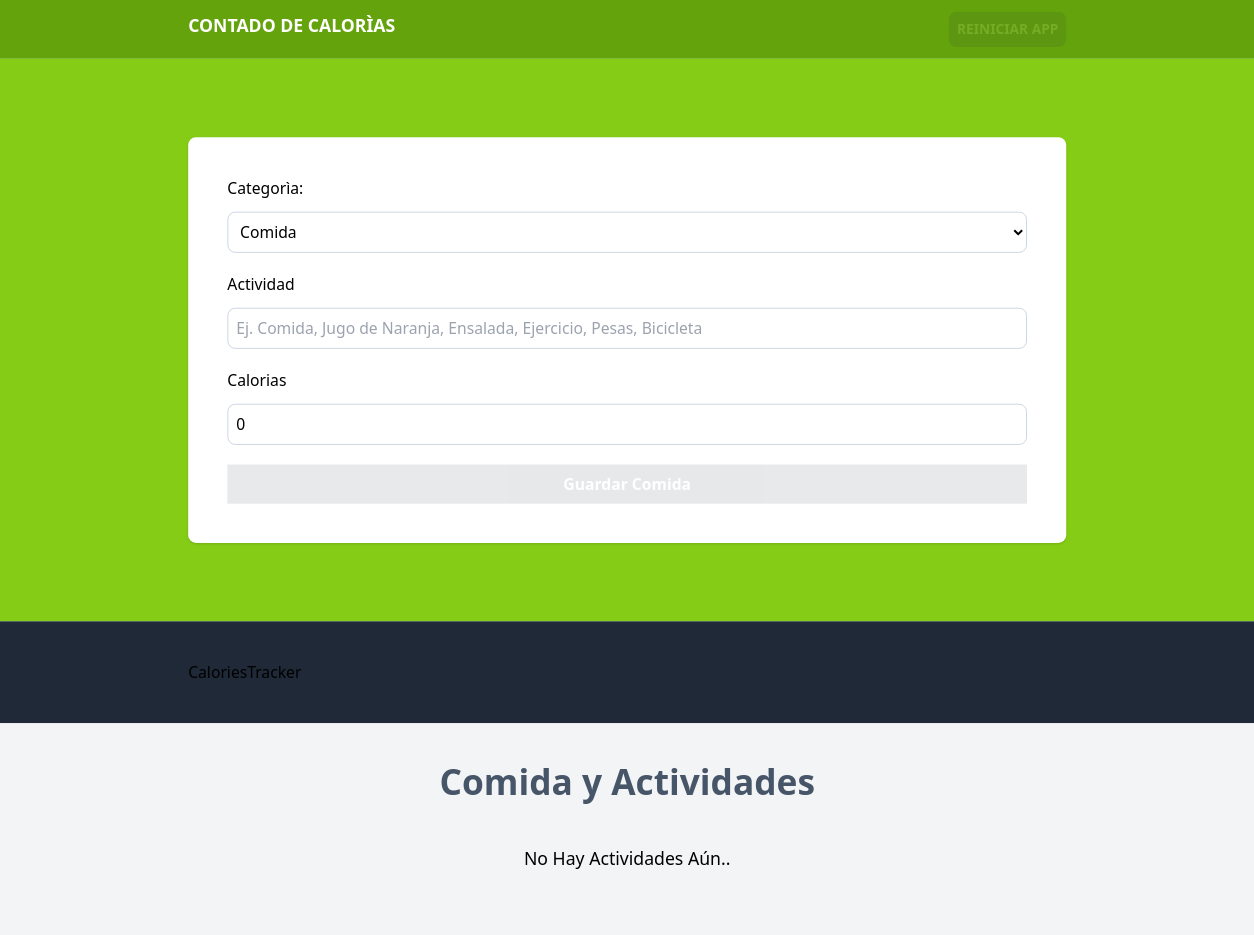
Repository: Matiiu/calorie-tracker
Page: /
An editor plug-in stored every save of this project. The page is shown before and after the next save, followed by the edit.
The browser window is 1280 px wide. The pictures show the whole page, at 98% of full size.
The project was rebuilt for these pictures with package versions that can differ from the ones it lists, and the page was loaded fresh each time. Also part of the build but not shown: vite.config.ts.

Above is the page before, as saved 2024-04-01 22:21:40.

After the next save:
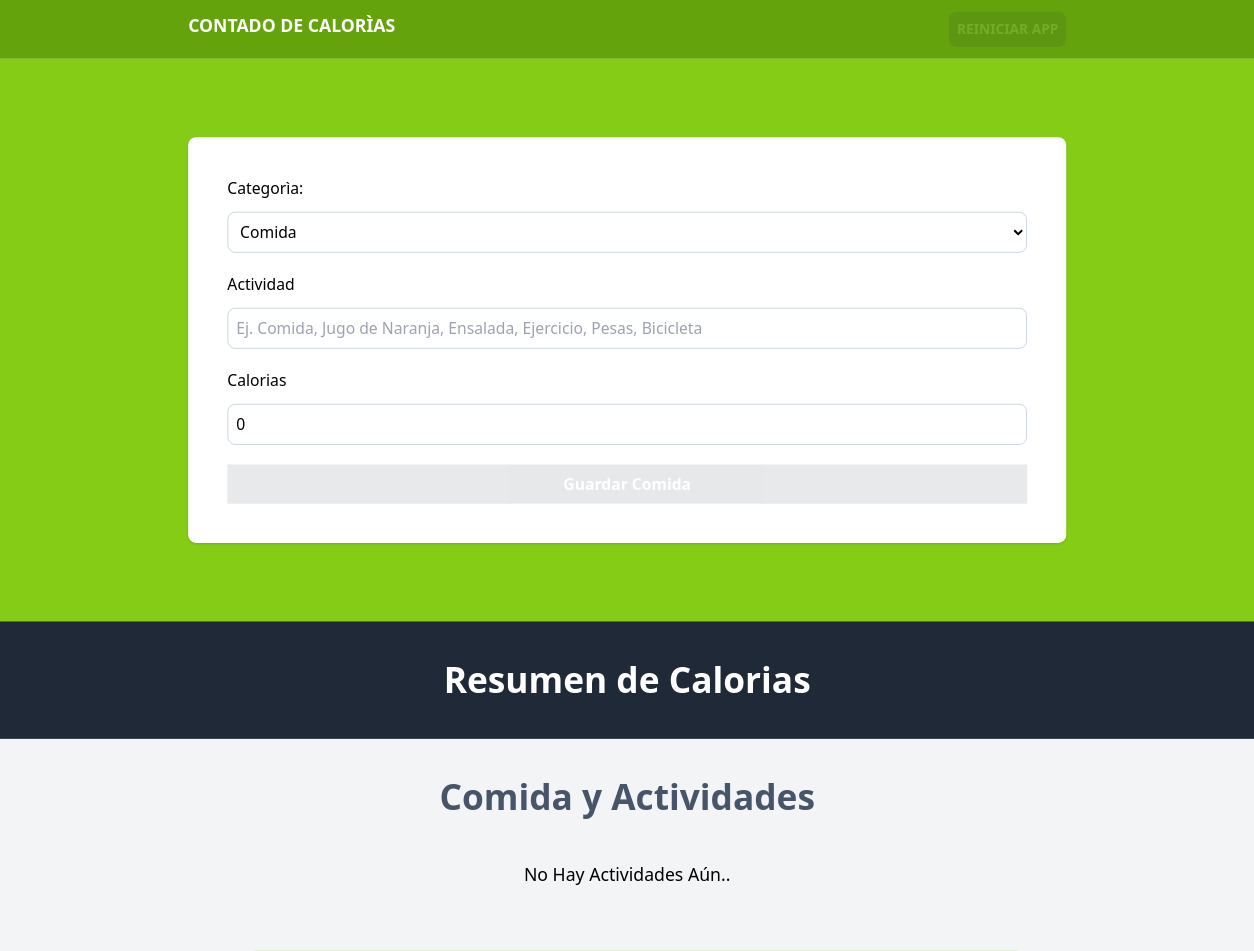
Saved 78 s later.
--- a/src/components/CaloriesTracker.tsx
+++ b/src/components/CaloriesTracker.tsx
@@ -7,6 +7,10 @@ type CaloriesTrackerProps = {
 export default function CaloriesTracker({ activities }: CaloriesTrackerProps) {
   console.log(activities);
   return (
-    <div>CaloriesTracker</div>
+    <>
+        <h2 className="text-4xl font-black text-white text-center">
+            Resumen de Calorias
+        </h2>
+    </>
   );
 }
